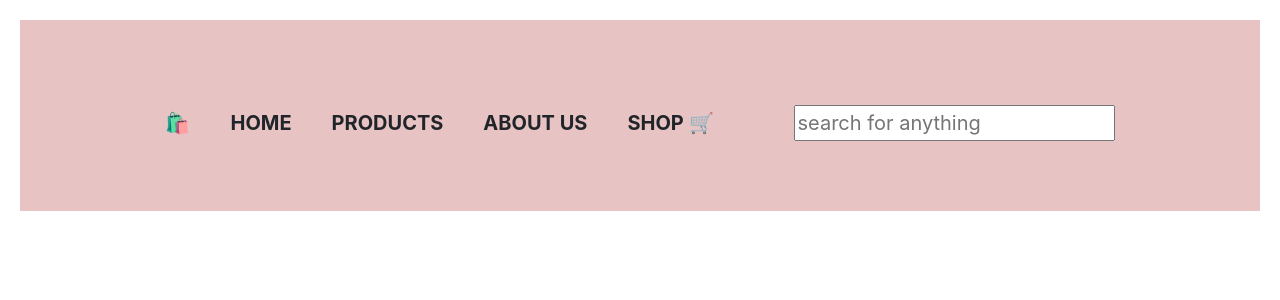
Repository: thf4/Project-Shop
Page: /
These files come from the project's save history. The page is drawn as it stood at one moment and after the next save; the edit follows.
The browser window is 1280 px wide. The pictures show the whole page.
The project was rebuilt for these pictures with package versions that can differ from the ones it lists, and the page was loaded fresh each time.

Above is the page before, as saved 2021-04-22 11:38:23.

After the next save:
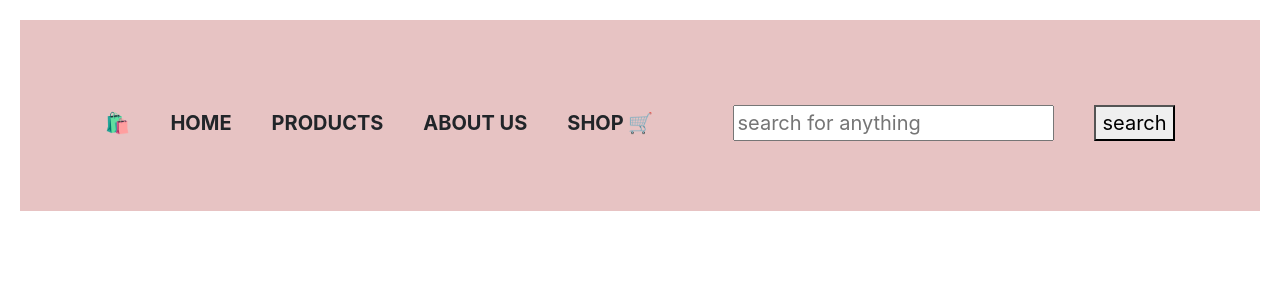
Saved 39 s later.
--- a/src/App.js
+++ b/src/App.js
@@ -13,6 +13,7 @@ function App() {
           <li> SHOP 🛒</li>
           <li>
             <li></li><input type="text" id="area-find" placeholder="search for anything"/></li>
+            <li><button for="input" >search</button></li>
         </ul>
 
       </header>
